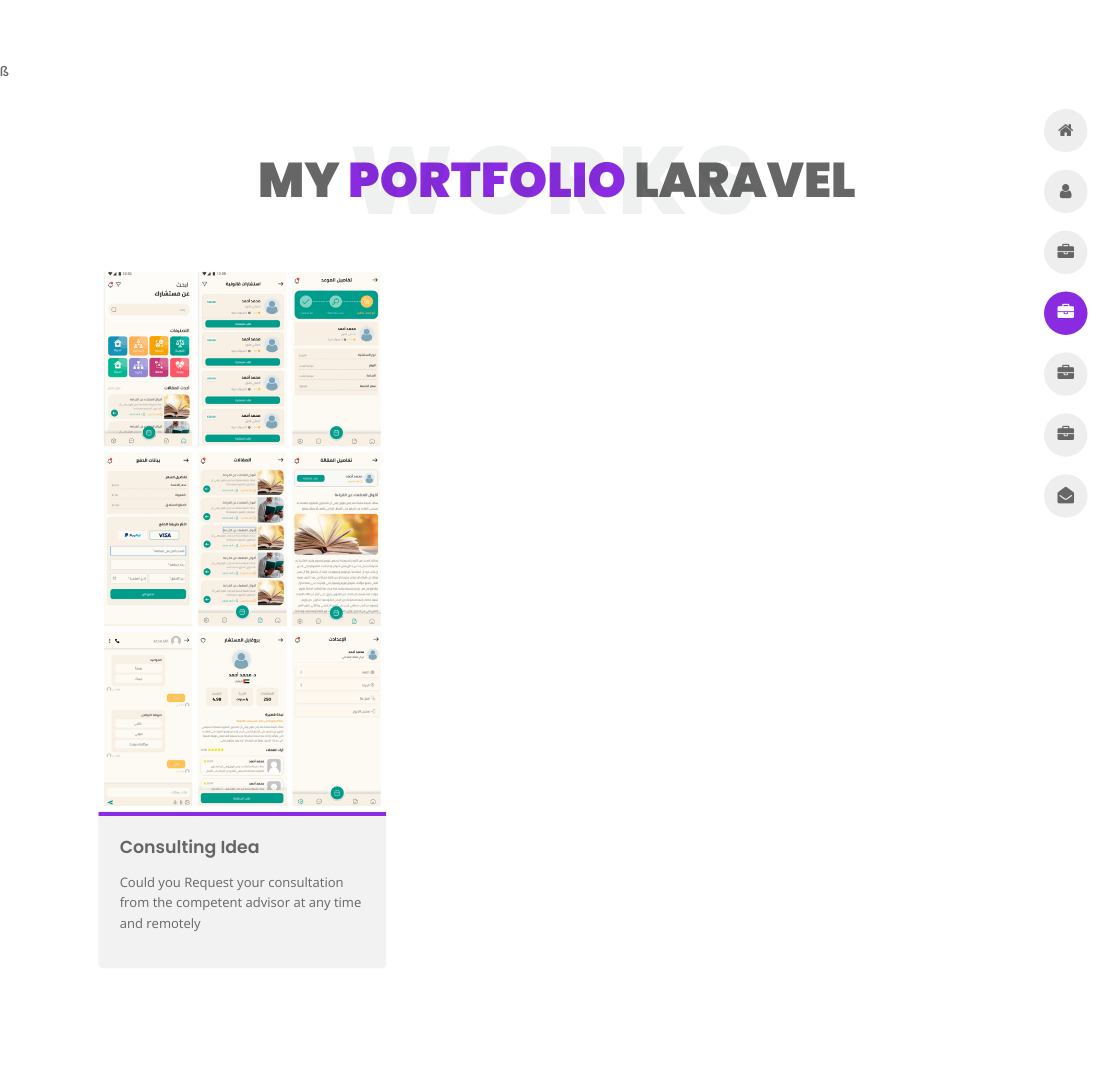
Repository: mhamdimno/mywebsite
Page: portfolioLaravel.html
The author's editor kept a copy of each file at every save. The page is drawn from the files as they stood at one save, then again after the next save.
The browser window is 1280 px wide. The pictures show the whole page, at 87% of full size.

Above is the page before, as saved 2023-06-03 15:12:22.

### portfolioLaravel.html
<!DOCTYPE html>
<html lang="en">

<head>
    <meta charset="utf-8">
    <title>Portfolio - Personal Portfolio</title>
    <meta name="viewport" content="width=device-width, initial-scale=1">

    <!-- Template Google Fonts -->
    <link href="https://fonts.googleapis.com/css?family=Poppins:400,400i,500,500i,600,600i,700,700i,800,800i,900,900i" rel="stylesheet">
    <link href="https://fonts.googleapis.com/css?family=Open+Sans:300,400,400i,600,600i,700" rel="stylesheet">

    <!-- Template CSS Files -->
    <link href="css/bootstrap.min.css" rel="stylesheet">
    <link href="css/preloader.min.css" rel="stylesheet">
    <link href="css/circle.css" rel="stylesheet">
    <link href="css/font-awesome.min.css" rel="stylesheet">
    <link href="css/fm.revealator.jquery.min.css" rel="stylesheet">
    <link href="css/style.css" rel="stylesheet">



    <!-- Modernizr JS File -->
    <script src="js/modernizr.custom.js"></script>
</head>

<body class="portfolio light blog">

<!-- Header Starts -->
<header class="header" id="navbar-collapse-toggle">
    <!-- Fixed Navigation Starts -->
    <ul class="icon-menu d-none d-lg-block revealator-slideup revealator-once revealator-delay1">
        <li class="icon-box">
            <i class="fa fa-home"></i>
            <a href="index.html">
                <h2>Home</h2>
            </a>
        </li>
        <li class="icon-box">
            <i class="fa fa-user"></i>
            <a href="about.html">
                <h2>About</h2>
            </a>
        </li>
        <li class="icon-box">
            <i class="fa fa-briefcase"></i>
            <a href="portfolioIOS.html">
                <h2>IOS</h2>
            </a>
        </li>
        <li class="icon-box active">
            <i class="fa fa-briefcase"></i>
            <a href="portfolioFlutter.html">
                <h2>Flutter</h2>
            </a>
        </li>
        <li class="icon-box">
            <i class="fa fa-briefcase"></i>
            <a href="portfolioFlutter.html">
                <h2>Laravel</h2>
            </a>
        </li>
        <li class="icon-box">
            <i class="fa fa-briefcase"></i>
            <a href="portfolioLaravel.html">
                <h2>Laravel</h2>
            </a>
        </li>
        <li clas
        <li class="icon-box">
            <i class="fa fa-envelope-open"></i>
            <a href="contact.html">
                <h2>Contact</h2>
            </a>
        </li>

    </ul>
    <!-- Fixed Navigation Ends -->
    <!-- Mobile Menu Starts -->
    <nav role="navigation" class="d-block d-lg-none">
        <div id="menuToggle">
            <input type="checkbox" />
            <span></span>
            <span></span>
            <span></span>
            <ul class="list-unstyled" id="menu">
                <li><a href="index.html"><i class="fa fa-home"></i><span>Home</span></a></li>
                <li><a href="about.html"><i class="fa fa-user"></i><span>About</span></a></li>
                <li><a href="portfolioIOS.html"><i class="fa fa-folder-open"></i><span>IOS</span></a></li>
                <li><a href="portfolioFlutter.html"><i class="fa fa-folder-open"></i><span>Flutter</span></a></li>
                <li><a href="portfolioLaravel.html"><i class="fa fa-folder-open"></i><span>Laravel</span></a></li>
                <li><a href="contact.html"><i class="fa fa-envelope-open"></i><span>Contact</span></a></li>
            </ul>
        </div>
    </nav>
    <!-- Mobile Menu Ends -->
</header>
<!-- Header Ends -->
<!-- Page Title Starts -->

<section class="main-content revealator-slideup revealator-once revealator-delay1">
    <div class="container">





</section>ß
<!-- Page Title Ends -->
<section class="title-section text-left text-sm-center revealator-slideup revealator-once revealator-delay1">
    <h1>my <span>portfolio</span> Laravel <span></span></h1>
    <span class="title-bg">works</span>
</section>
<!-- Page Title Ends -->

<!-- Main Content Starts -->
<section class="main-content revealator-slideup revealator-once revealator-delay1">
    <div class="container">
        <!-- Articles Starts -->
        <div class="row">
  <!-- Article Starts -->

  <div class="col-12 col-md-6 col-lg-6 col-xl-4 mb-30">
    <article class="post-container">
        <div class="post-thumb">
            <a href="projects/consulting_idea/index.html" class="d-block position-relative overflow-hidden">
                <img src="img/projects/consulting_idea.jpg" class="img-fluid" alt="sheshpon">
            </a>
        </div>
        <div class="post-content">
            <div class="entry-header">
                <h3><a href="projects/consulting_idea/index.html">Consulting Idea</a></h3>
            </div>
            <div class="entry-content open-sans-font">
                <p>Could you
                    Request your consultation
                    from the competent advisor
                    at any time and remotely</p>
            </p>
            </div>
        </div>
    </article>
</div>



    </div>

</section>
<!-- Main Content Ends -->

<!-- Template JS Files -->
<script src="js/jquery-3.5.0.min.js"></script>
<script src="js/styleswitcher.js"></script>
<script src="js/preloader.min.js"></script>
<script src="js/fm.revealator.jquery.min.js"></script>
<script src="js/imagesloaded.pkgd.min.js"></script>
<script src="js/masonry.pkgd.min.js"></script>
<script src="js/classie.js"></script>
<script src="js/cbpGridGallery.js"></script>
<script src="js/jquery.hoverdir.js"></script>
<script src="js/popper.min.js"></script>
<script src="js/bootstrap.js"></script>
<script src="js/custom.js"></script>

</body>

</html>

Loaded but not shown: css/bootstrap.min.css (library); css/preloader.min.css (common file); css/font-awesome.min.css (library); css/fm.revealator.jquery.min.css (common file); js/modernizr.custom.js (library); js/jquery-3.5.0.min.js (library); js/preloader.min.js (common file); js/fm.revealator.jquery.min.js (common file); js/imagesloaded.pkgd.min.js (library); js/masonry.pkgd.min.js (library); js/jquery.hoverdir.js (library); js/popper.min.js (library); js/bootstrap.js (library); js/cbpGridGallery.js (364 lines, source omitted); js/styleswitcher.js (218 lines, source omitted); js/custom.js (142 lines, source omitted); js/classie.js (68 lines, source omitted); css/style.css (1791 lines, source omitted); css/circle.css (1054 lines, source omitted)

After the next save:
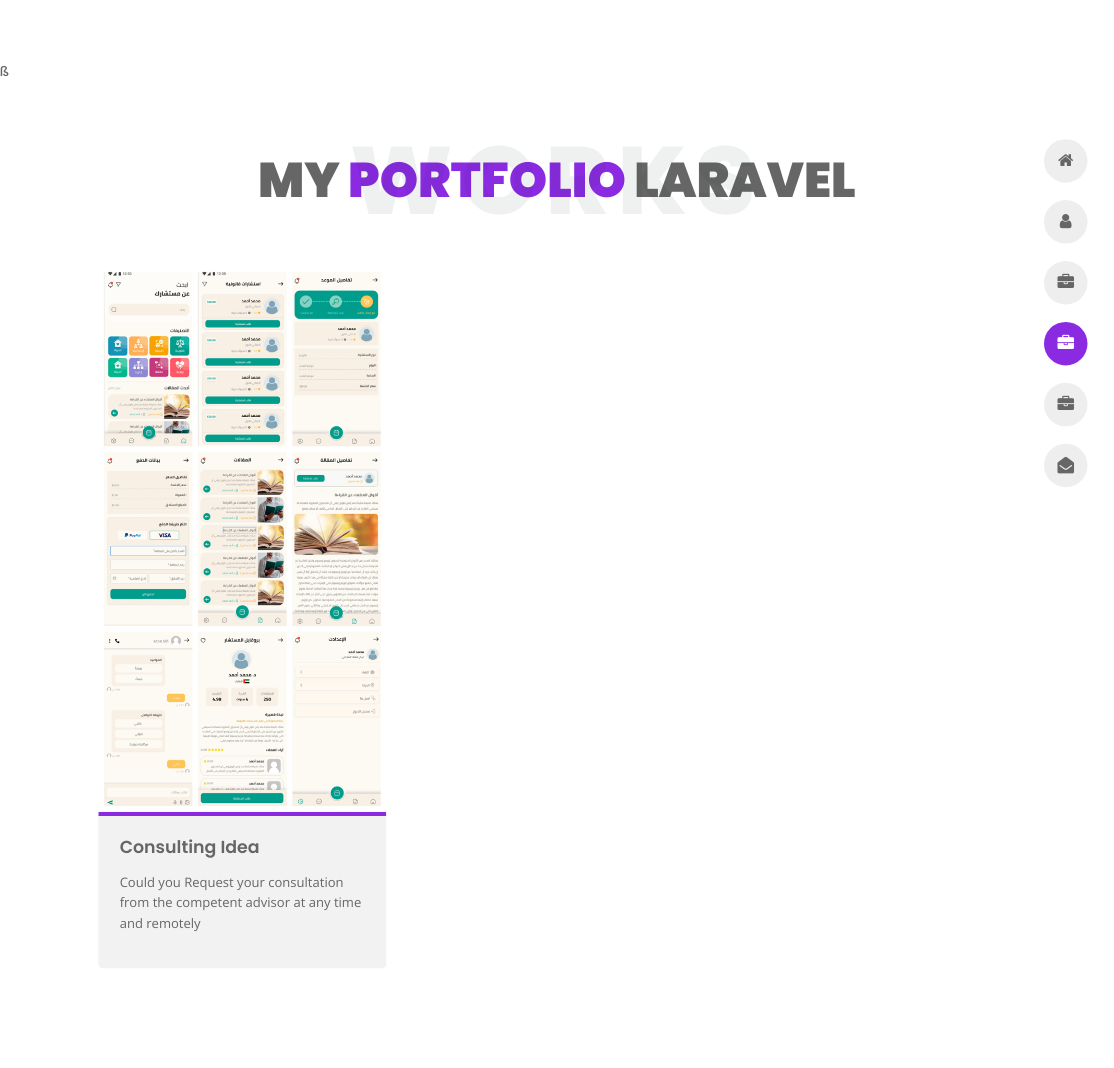
Saved 12 s later.
--- a/portfolioLaravel.html
+++ b/portfolioLaravel.html
@@ -60,12 +60,7 @@
                 <h2>Laravel</h2>
             </a>
         </li>
-        <li class="icon-box">
-            <i class="fa fa-briefcase"></i>
-            <a href="portfolioLaravel.html">
-                <h2>Laravel</h2>
-            </a>
-        </li>
+
         <li clas
         <li class="icon-box">
             <i class="fa fa-envelope-open"></i>
